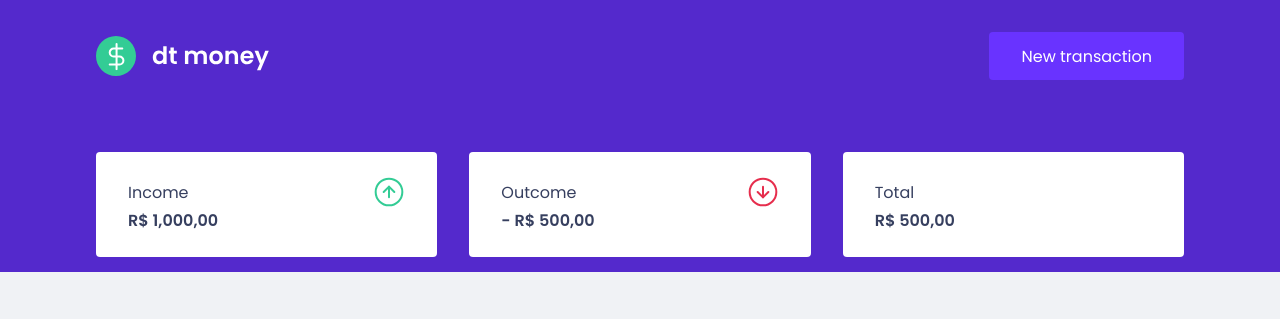
Repository: JoseGu1llardi/dtmoney
Page: /
An editor plug-in stored every save of this project. The page is shown before and after the next save, followed by the edit.
The browser window is 1280 px wide. The pictures show the whole page.
The project was rebuilt for these pictures with package versions that can differ from the ones it lists, and the page was loaded fresh each time.

Above is the page before, as saved 2022-12-30 15:07:11.

### public/index.html
<!DOCTYPE html>
<html lang="en">
  <head>
    <link rel="preconnect" href="https://fonts.googleapis.com" />
    <link rel="preconnect" href="https://fonts.gstatic.com" crossorigin />

    <meta charset="utf-8" />
    <meta name="viewport" content="width=device-width, initial-scale=1" />

    <link
      href="https://fonts.googleapis.com/css2?family=Poppins:wght@400;600&display=swap"
      rel="stylesheet"
    />

    <link rel="shortcut icon" href="favicon.png" type="image/png" />

    <title>Guillardi Money</title>
  </head>
  <body>
    <noscript>You need to enable JavaScript to run this app.</noscript>
    <div id="root"></div>
  </body>
</html>

### src/index.tsx
import { StrictMode } from 'react';
import { createRoot } from 'react-dom/client';
import { App } from './App';

const root = createRoot(
  document.getElementById('root') as HTMLElement
);
root.render(
  <StrictMode>
    <App />
  </StrictMode>
);

### src/App.tsx
import { Dashboard } from "./components/Dashboard";
import { Header } from "./components/Header";

import { GlobalStyle } from "./styles/global";

export function App() {
  return (
    <>
      <Header />
      <Dashboard />
      <GlobalStyle />
    </>
  );
}

### src/components/Dashboard/index.tsx
import { Summary } from "../Summary";

import { Container } from "./styles";


export function Dashboard() {
    return (
        <Container>
            <Summary />
        </Container>
    )
}

### src/components/Header/index.tsx
import logoImg from '../../assets/logo.svg'
import { Container, Content } from './styles'

export function Header() {
    return (
        <Container>
            <Content>
                <img src={logoImg} alt="Logo Guillardi Money" />
                <button>
                    New transaction
                </button>
            </Content>
        </Container>
    )
}

### src/styles/global.ts
import { createGlobalStyle } from "styled-components";

export const GlobalStyle = createGlobalStyle`
    :root {
        --background: #F0F2F5;
        --red: #e52e4d;
        --blue: #5429cc;
        --green: #33cc95;

        --blue-light: #6933ff;

        --text-title: #363f5f;
        --text-body: #969cb3;

        --background: #f0f2f5;
        --shape: #ffffff;
    }

    * {
        margin: 0;
        padding: 0;
        box-sizing: border-box;
    }

    html {
        @media (max-width: 1080px) {
            font-size: 93.75%;

        @media (max-width: 720px) {
            font-size: 87.5%;
        }
    }

    }

    body {
        background: var(--background);
        -webkit-font-smoothing: antialiased;
    }

    body, input, textarea, button {
        font-family: 'Poppins', sans-serif;
        font-weight: 400;
    }

    h1, h2, h3, h4, h5, h6, strong {
        font-weight: 600;
    }

    button {
        cursor: pointer;
    }

    [disabled] {
        opacity: 0.6;
        cursor: not-allowed;
    }
`;

### src/components/Summary/index.tsx
import { Container } from './styles';

import incomeImg from '../../assets/income.svg';
import outcomeImg from '../../assets/outcome.svg';
import totalImg from '../../assets/total.svg';

export function Summary() {
    return (
        <Container>
            <div>
                <header>
                    <p>Income</p>
                    <img src={incomeImg} alt="Logo income" />
                </header>
                <strong>R$ 1,000,00</strong>
            </div>

            <div>
                <header>
                    <p>Outcome</p>
                    <img src={outcomeImg} alt="Logo outcome" />
                </header>
                <strong>- R$ 500,00</strong>
            </div>

            <div>
                <header>
                    <p>Total</p>
                    <img src={totalImg} alt="Logo total" />
                </header>
                <strong>R$ 500,00</strong>
            </div>
        </Container>
    )
}

### src/components/Header/styles.ts
import styled from "styled-components";

export const Container = styled.header`
  background: var(--blue);
`;

export const Content = styled.div`
  max-width: 1120px;
  margin: 0 auto;

  padding: 2rem 1rem 12rem;
  display: flex;
  align-items: center;
  justify-content: space-between;

  button {
    font-size: 1rem;
    color: white;
    background: var(--blue-light);
    border: 0;
    padding: 0 2rem;
    border-radius: 0.25rem;
    height: 3rem;

    transition: filter 0.2s;

    &:hover {
      filter: brightness(0.9);
    }
  }
`;

### src/components/Summary/styles.ts
import styled from "styled-components";

export const Container = styled.div`
  display: grid;
  grid-template-columns: repeat(3, 1fr);
  gap: 2rem;
  margin-top: -10rem;

  div {
    background: var(--shape);
    padding: 1.5rem 2rem;
    border-radius: 0.25rem;
    color: var(--text-title);

    header {
      display: flex;
      align-items: center;
      justify-content: space-between;
    }
  }
`;

Loaded but not shown: src/components/Dashboard/styles.ts (common file)

After the next save:
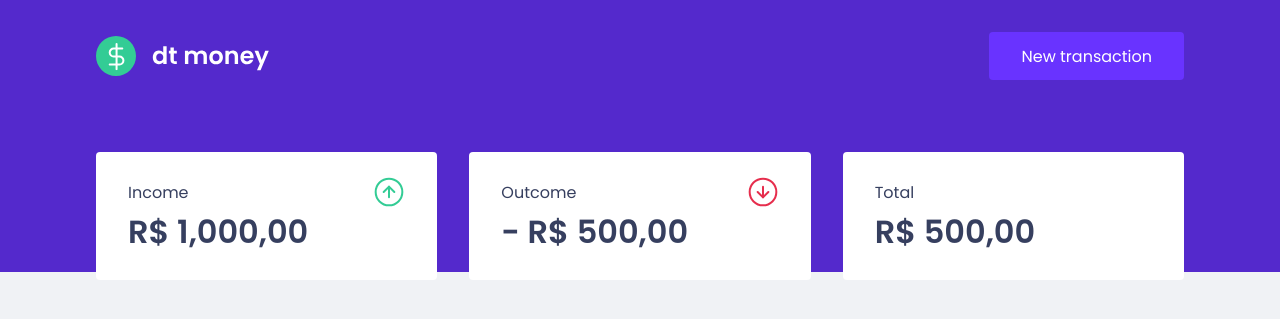
Saved 2 min 45 s later.
--- a/src/components/Summary/styles.ts
+++ b/src/components/Summary/styles.ts
@@ -17,5 +17,10 @@ export const Container = styled.div`
       align-items: center;
       justify-content: space-between;
     }
+
+    strong {
+      margin-top: 1rem;
+      font-size: 2rem;
+    }
   }
 `;
